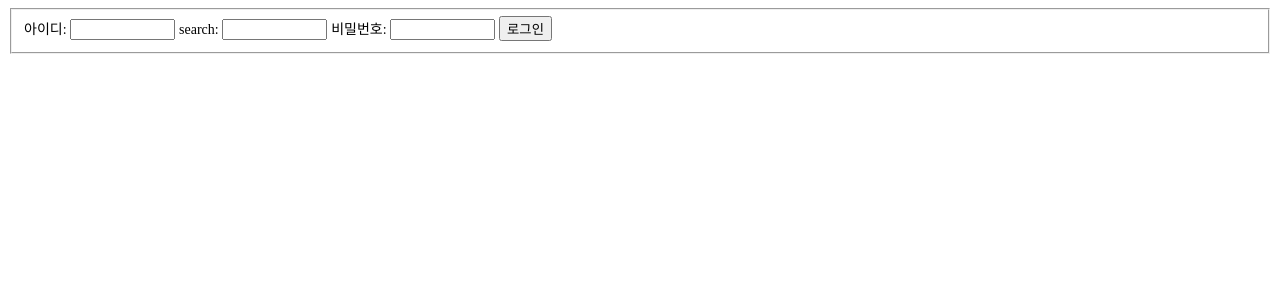
Repository: KimHeonSeung/TJE_HTML
Page: sources/day_02/WebContent/teacher/ch5/text_pw.html
The author's editor kept a copy of each file at every save. The page is drawn from the files as they stood at one save, then again after the next save.
The browser window is 1280 px wide. The pictures show the whole page.

Above is the page before, as saved 2019-05-13 05:42:24.

### sources/day_02/WebContent/teacher/ch5/text_pw.html
<!doctype html>
<html lang="ko">
  <head>
     <title> 웹 폼</title>
     <style>
	 label {
		font-size:14px;
		line-height:25px;
	 }
	 label em{
		color:red;
		font-weight:800;
	 }
	 </style>
  </head>
  <body>
	<form>
    <fieldset class="login">
    <!-- maxlength에 지정한 갯수만큼 작성 가능 -->
    <!-- size는 텍스트필드의 길이를 설정 -->
    	<label>아이디: <input type="text" id="user_id" size="10" maxlength = "8"></label>
    	<label>search: <input type="search" id="search" size="10" maxlength = "8"></label>
        <label>비밀번호: <input type="password" id="user_pw" size="10" maxlength = "16"></label>
        <input type="submit" value="로그인">
    </fieldset>
  </form>
  </body>
</html>

After the next save:
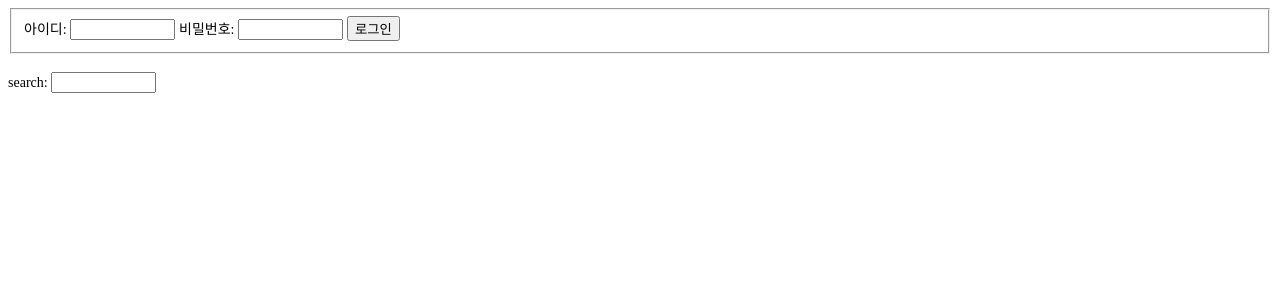
Saved 61 s later.
--- a/sources/day_02/WebContent/teacher/ch5/text_pw.html
+++ b/sources/day_02/WebContent/teacher/ch5/text_pw.html
@@ -19,10 +19,10 @@
     <!-- maxlength에 지정한 갯수만큼 작성 가능 -->
     <!-- size는 텍스트필드의 길이를 설정 -->
     	<label>아이디: <input type="text" id="user_id" size="10" maxlength = "8"></label>
-    	<label>search: <input type="search" id="search" size="10" maxlength = "8"></label>
         <label>비밀번호: <input type="password" id="user_pw" size="10" maxlength = "16"></label>
         <input type="submit" value="로그인">
     </fieldset>
+    	<p><label>search: <input type="search" id="search" size="10" maxlength = "8"></label></p>
   </form>
   </body>
 </html>
